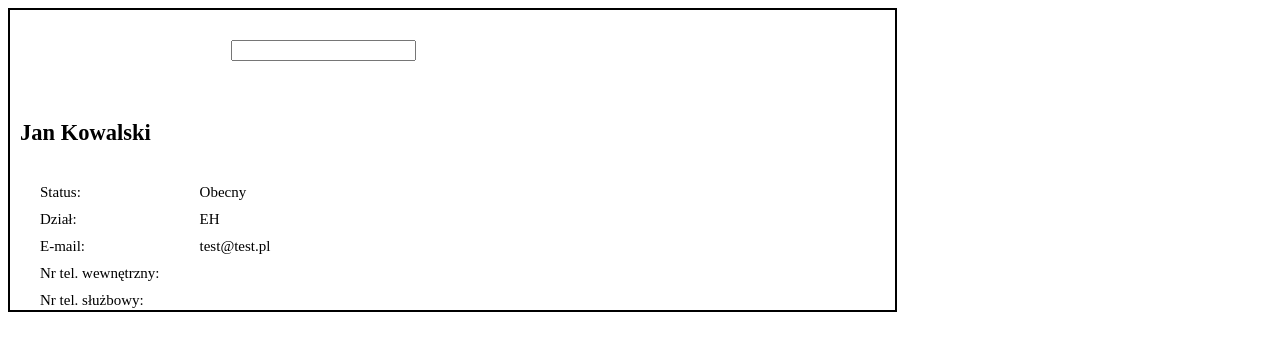
Repository: emdes515/EHpanel
Page: html/dashboardObecnosc.html
An editor plug-in stored every save of this project. The page is shown before and after the next save, followed by the edit.
The browser window is 1280 px wide. The pictures show the whole page.

Above is the page before, as saved 2024-04-22 11:35:49.
Console error: ReferenceError: $ is not defined

After the next save:
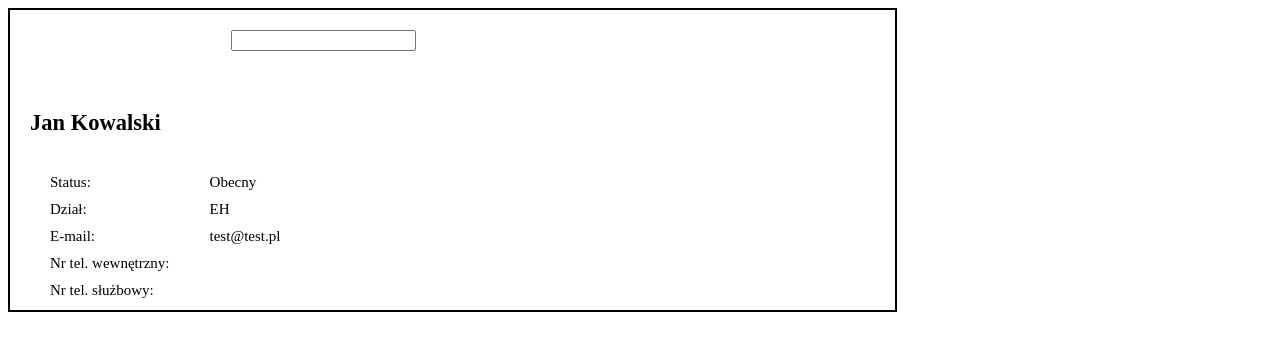
Saved 10 s later.
--- a/html/dashboardObecnosc.html
+++ b/html/dashboardObecnosc.html
@@ -12,14 +12,14 @@
 		}
 
 		.inputContainer {
-			margin: 30px;
+			margin: 20px;
 			align-self: center;
 			width: 50%;
 			height: 10%;
 		}
 
 		.info {
-			margin: 10px;
+			margin: 20px;
 		}
 
 		.infoWrapper{
